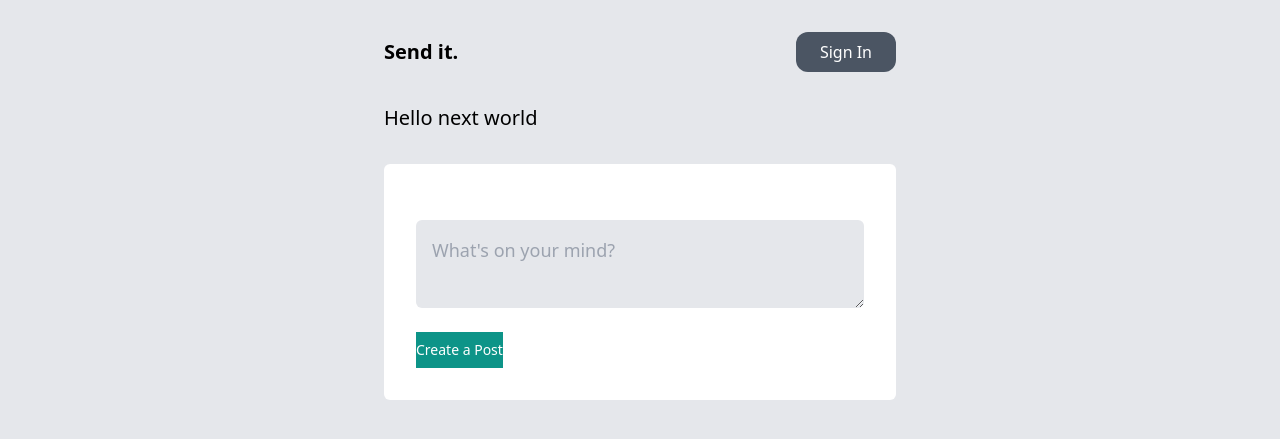
Repository: AMT98/SEND-IT
Page: /
These files come from the project's save history. The page is drawn as it stood at one moment and after the next save; the edit follows.
The browser window is 1280 px wide. The pictures show the whole page.
The page's requests for data from a server got no answer. The project was rebuilt for these pictures with package versions that can differ from the ones it lists, and the page was loaded fresh each time. The framework's server and built-in components were replaced by stand-ins that run in the browser. No one was signed in, and anything a server would have sent is missing. Also part of the build but not shown: next.config.js, app/auth/Logged.tsx.

Above is the page before, as saved 2023-02-14 17:04:10.

After the next save:
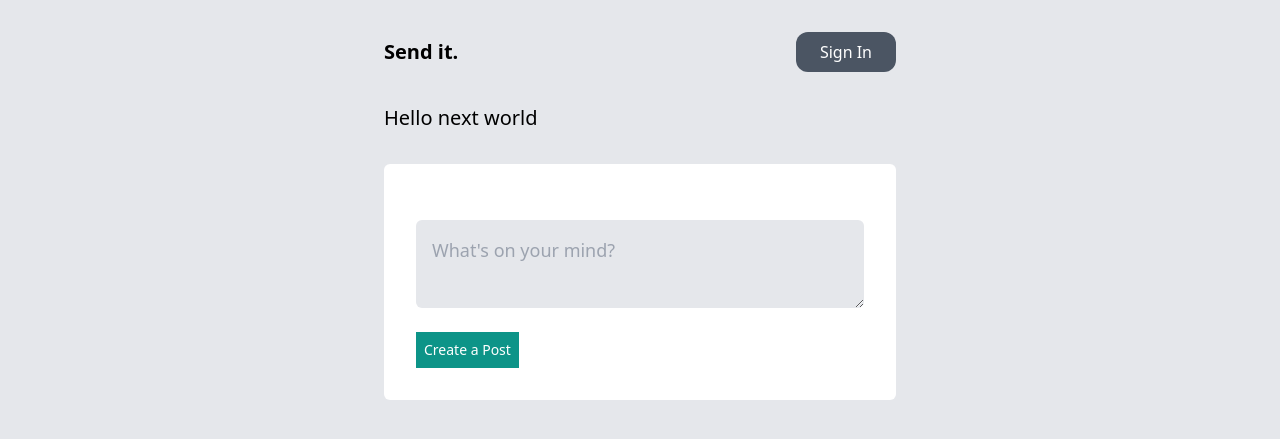
Saved 5 s later.
--- a/app/components/AddPost.tsx
+++ b/app/components/AddPost.tsx
@@ -19,7 +19,7 @@ export default function CreatePost() {
         <button
           disabled={isDisabled}
           type="submit"
-          className="text-sm bg-teal-600 text-white py-2"
+          className="text-sm bg-teal-600 text-white p-2"
         >
           Create a Post
         </button>
